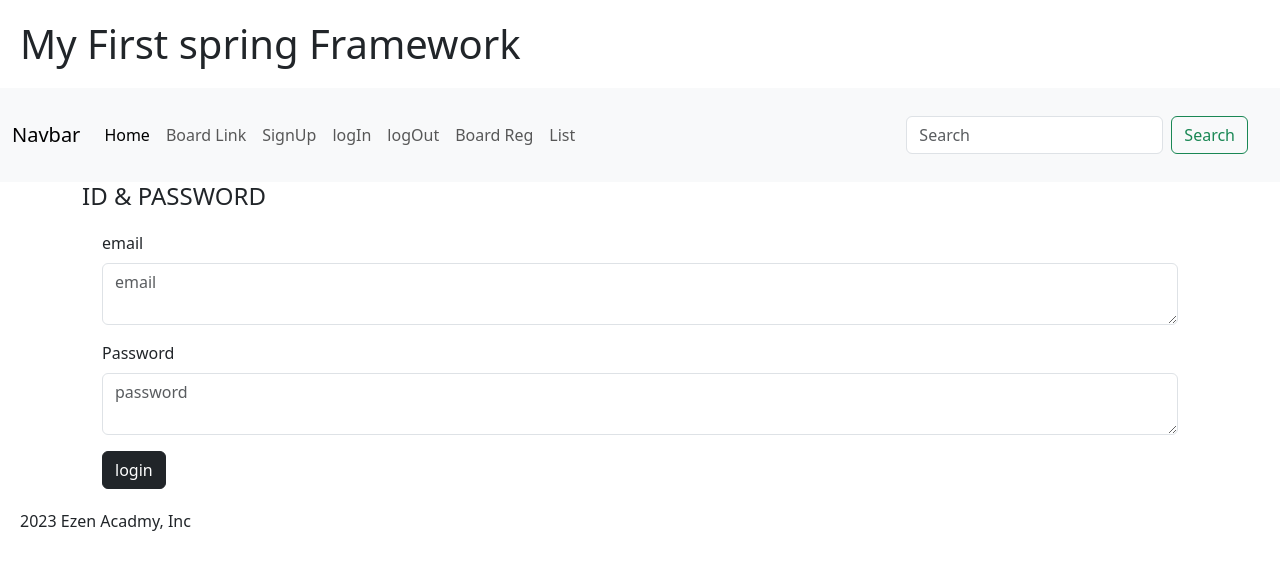
Repository: fbsrb458/link
Page: http://localhost/springProject/WEB-INF/views/member/login.jsp
These files come from the project's save history. The page is drawn as it stood at one moment and after the next save; the edit follows.
The browser window is 1280 px wide. The pictures show the whole page.
The page is served by Tomcat 9. Nobody is signed in. The template is opened directly, without the code that normally fills it, so the values that code supplies are empty.

Above is the page before, as saved 2023-10-30 10:28:57.

After the next save:
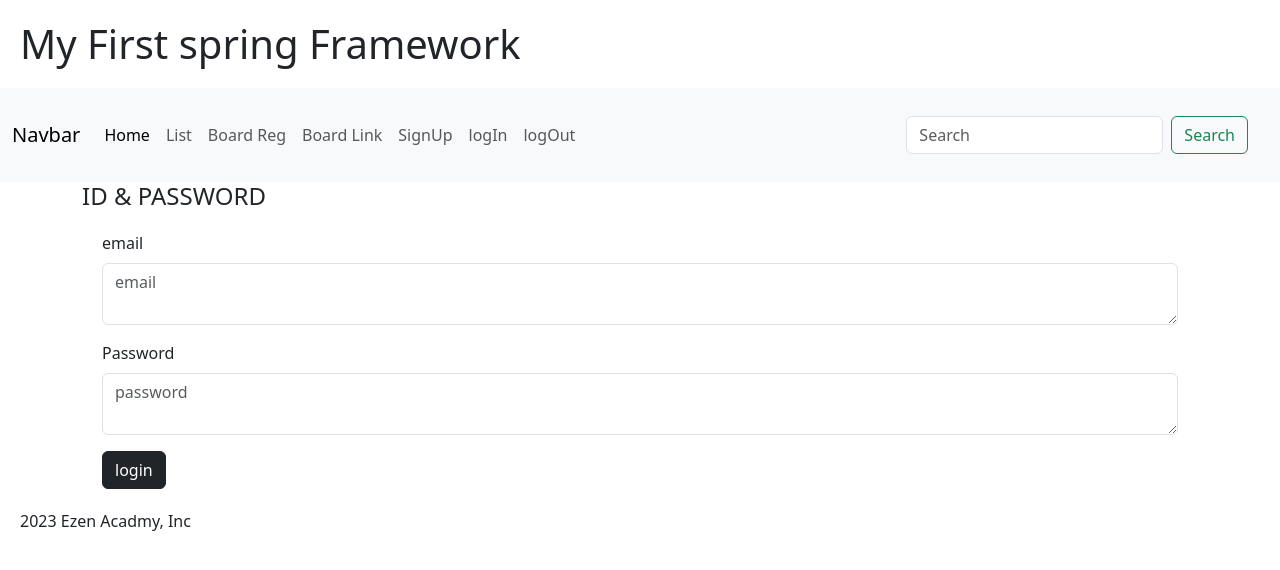
Saved 57 s later.
--- a/springProject/src/main/webapp/WEB-INF/views/common/nav.jsp
+++ b/springProject/src/main/webapp/WEB-INF/views/common/nav.jsp
@@ -23,6 +23,14 @@
         </li>
 
         <li class="nav-item">
+          <a class="nav-link" href="/board/list">List</a>
+        </li>
+        	<!-- 로그인해야 open 되는 메뉴들... -->
+  		 <li class="nav-item">
+          <a class="nav-link" href="/board/register">Board Reg</a>
+        </li>
+
+        <li class="nav-item">
           <a class="nav-link" href="#">Board Link</a>
         </li>
 
@@ -39,13 +47,7 @@
         </li>
 
 
-  		  <li class="nav-item">
-          <a class="nav-link" href="/board/register">Board Reg</a>
-        </li>
 
-         <li class="nav-item">
-          <a class="nav-link" href="/board/list">List</a>
-        </li>
 
 
       </ul>
